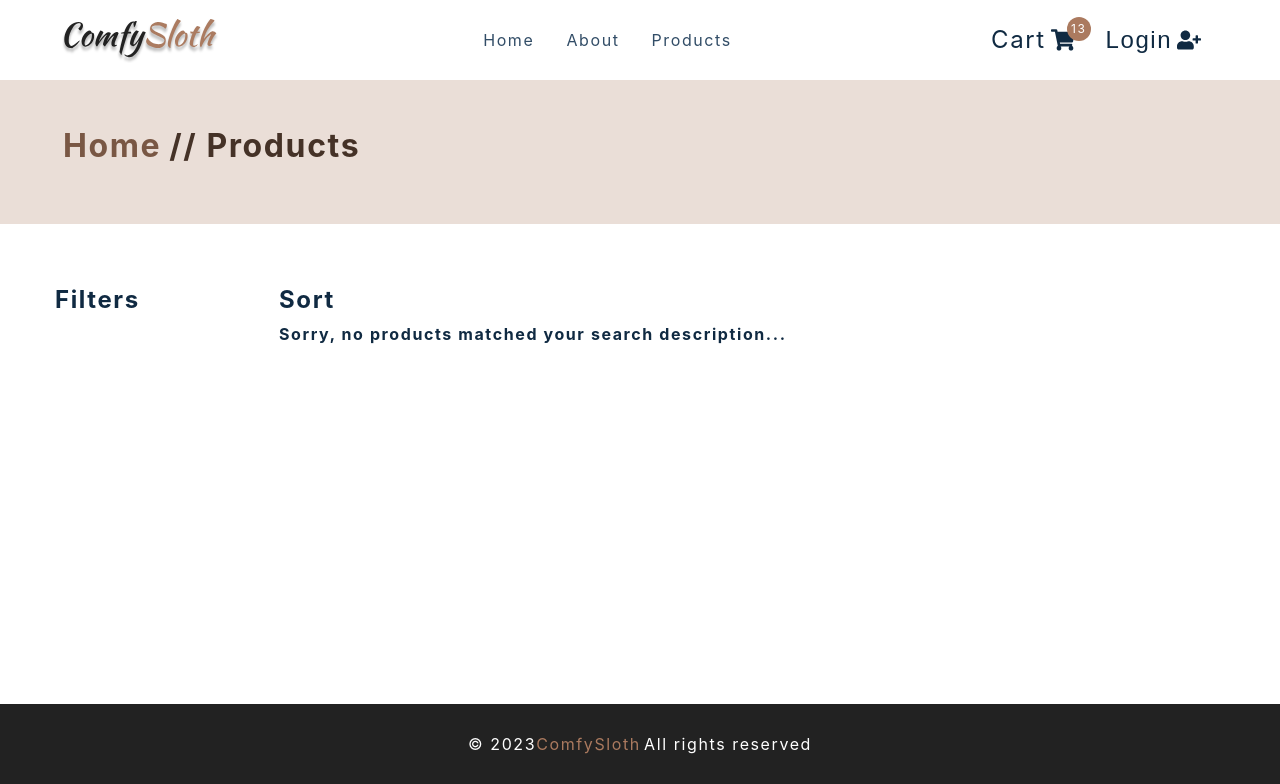
Repository: Maryie-B/React-Practice-Projects
Page: /products (app in Comfy Sloth - Furniture Website/)
An editor plug-in stored every save of this project. The page is shown before and after the next save, followed by the edit.
The browser window is 1280 px wide. The pictures show the whole page.
The page's requests for data from a server got no answer. The project was rebuilt for these pictures with package versions that can differ from the ones it lists, and the page was loaded fresh each time. No one was signed in, and anything a server would have sent is missing. Also part of the build but not shown: Comfy Sloth - Furniture Website/src/components/Error.js, Comfy Sloth - Furniture Website/src/components/Loading.js, Comfy Sloth - Furniture Website/src/components/FeaturedProducts.js, Comfy Sloth - Furniture Website/src/reducers/cart_reducer.js, Comfy Sloth - Furniture Website/src/context/cart_context.js, Comfy Sloth - Furniture Website/src/context/user_context.js, Comfy Sloth - Furniture Website/src/components/Hero.js, Comfy Sloth - Furniture Website/src/components/Services.js and 18 more. Imported but missing from the stored project, and not drawn on this page: Comfy Sloth - Furniture Website/src/components/GridView, Comfy Sloth - Furniture Website/src/components/Product.

Above is the page before, as saved 2023-06-21 12:03:33.

### Comfy Sloth - Furniture Website/src/index.js
import React from 'react';
import ReactDOM from 'react-dom/client';
import './index.css';
import App from './App';

import { ProductsProvider } from './context/products_context';
import { FilterProvider } from './context/filter_context';
import { CartProvider } from './context/cart_context';
import { UserProvider } from './context/user_context';
import { Auth0Provider } from '@auth0/auth0-react';

const root = ReactDOM.createRoot(document.getElementById('root'));

root.render(
    <ProductsProvider>
      <FilterProvider>
        <App />
      </FilterProvider>
    </ProductsProvider>
);

### Comfy Sloth - Furniture Website/src/App.js
import React from 'react'
import { BrowserRouter as Router, Switch, Route } from 'react-router-dom'
import { Navbar, Sidebar, Footer } from './components'
import { Home, SingleProduct, Cart, Checkout, Error, About, Products, Private } from './pages'

function App() {
  return (
  <Router>
    <Navbar />
    <Sidebar />
    <Switch>
      <Route exact path='/'>
        <Home />
      </Route>
      <Route exact path='/about'>
        <About />
      </Route>
      <Route exact path='/cart'>
        <Cart />
      </Route>
      <Route exact path='/products'>
        <Products />
      </Route>
      <Route exact path='/products/:id' children={<SingleProduct />} />
      <Route exact path='/checkout'>
        <Checkout />
      </Route>
      <Route path='*'>
        <Error />
      </Route>
    </Switch>
    <Footer />
  </Router>
  )
}

export default App

### Comfy Sloth - Furniture Website/src/context/products_context.js
import axios from 'axios'
import React, { useContext, useEffect, useReducer } from 'react'
import reducer from '../reducers/products_reducer'
import { products_url as url } from '../utils/constants'
import {
  SIDEBAR_OPEN,
  SIDEBAR_CLOSE,
  GET_PRODUCTS_BEGIN,
  GET_PRODUCTS_SUCCESS,
  GET_PRODUCTS_ERROR,
  GET_SINGLE_PRODUCT_BEGIN,
  GET_SINGLE_PRODUCT_SUCCESS,
  GET_SINGLE_PRODUCT_ERROR,
} from '../actions'

const initialState = {
  isSidebarOpen: true,
  products_loading: false,
  products_error: false,
  products: [],
  featured_products: [],
  single_product_loading: false,
  single_product_error: false,
  single_product: {}
}

const ProductsContext = React.createContext()

export const ProductsProvider = ({ children }) => {
  const [state, dispatch] = useReducer(reducer, initialState);

  const openSidebar = () => {
    dispatch({type: SIDEBAR_OPEN})
  };

  const closeSidebar = () => {
    dispatch({type: SIDEBAR_CLOSE})
  };

  const fetchProducts = async(url) => {
    dispatch({type: GET_PRODUCTS_BEGIN})
    try {
      const response = await axios.get(url);
      const products = response.data;
      dispatch({type: GET_PRODUCTS_SUCCESS, payload: products});
    } catch (error) {
      dispatch({type: GET_PRODUCTS_ERROR});
    }
  };

  const fetchSingleProduct = async (url) => {
    dispatch({type: GET_SINGLE_PRODUCT_BEGIN});
    try {
      const response = await axios.get(url);
      const singleProduct = response.data;
      dispatch({type: GET_SINGLE_PRODUCT_SUCCESS, payload: singleProduct});
    } catch (error) {
      dispatch({type: GET_SINGLE_PRODUCT_ERROR});
    }
  };

  useEffect(() => {
    fetchProducts(url);
  }, []);

  return (
    <ProductsContext.Provider value={{...state,  openSidebar, closeSidebar, fetchSingleProduct}}>
      {children}
    </ProductsContext.Provider>
  )
}
// make sure use
export const useProductsContext = () => {
  return useContext(ProductsContext)
}

### Comfy Sloth - Furniture Website/src/context/filter_context.js
import React, { useEffect, useContext, useReducer } from 'react'
import reducer from '../reducers/filter_reducer'
import {
  LOAD_PRODUCTS,
  SET_GRIDVIEW,
  SET_LISTVIEW,
  UPDATE_SORT,
  SORT_PRODUCTS,
  UPDATE_FILTERS,
  FILTER_PRODUCTS,
  CLEAR_FILTERS,
} from '../actions'
import { useProductsContext } from './products_context'

const initialState = {
  filtered_products: [],
  all_products: [],
  grid_view: false
};

const FilterContext = React.createContext()

export const FilterProvider = ({ children }) => {
  const {products} = useProductsContext();
  const [state, dispatch] = useReducer(reducer, initialState);

  useEffect(() => {
    dispatch({type: LOAD_PRODUCTS, payload: products});
  }, [products]);

  return (
    <FilterContext.Provider value={{...state}}>
      {children}
    </FilterContext.Provider>
  )
}
// make sure use
export const useFilterContext = () => {
  return useContext(FilterContext)
}

### Comfy Sloth - Furniture Website/src/components/index.js
import FeaturedProducts from './FeaturedProducts'
import Navbar from './Navbar'
import CartButtons from './CartButtons'
import Footer from './Footer'
import Sidebar from './Sidebar'
import Hero from './Hero'
import Services from './Services'
import Contact from './Contact'
import Loading from './Loading'
import Error from './Error'
import ProductImages from './ProductImages'
import AddToCart from './AddToCart'
import Filters from './Filters'
import ProductList from './ProductList'
import Sort from './Sort'
import Stars from './Stars'
import CartContent from './CarContent'
import PageHero from './PageHero'
import StripeCheckout from './StripeCheckout'
export {
  FeaturedProducts,
  Navbar,
  CartButtons,
  Footer,
  Sidebar,
  Hero,
  Services,
  Contact,
  Loading,
  Error,
  ProductImages,
  AddToCart,
  Filters,
  ProductList,
  Sort,
  Stars,
  CartContent,
  PageHero,
  StripeCheckout,
}

### Comfy Sloth - Furniture Website/src/pages/index.js
import Home from './HomePage';
import Products from './ProductsPage';
import SingleProduct from './SingleProductPage';
import About from './AboutPage';
import Cart from './CartPage';
import Error from './ErrorPage';
import Checkout from './CheckoutPage';
import Private from './PrivateRoute';

export { Home, Products, SingleProduct, About, Cart, Error, Checkout, Private }

### Comfy Sloth - Furniture Website/src/reducers/products_reducer.js
import {
  SIDEBAR_OPEN,
  SIDEBAR_CLOSE,
  GET_PRODUCTS_BEGIN,
  GET_PRODUCTS_SUCCESS,
  GET_PRODUCTS_ERROR,
  GET_SINGLE_PRODUCT_BEGIN,
  GET_SINGLE_PRODUCT_SUCCESS,
  GET_SINGLE_PRODUCT_ERROR,
} from '../actions'

const products_reducer = (state, action) => {
  if (action.type === SIDEBAR_OPEN) {
    console.log(action);
    return {...state, isSidebarOpen: true};
  }
  if (action.type === SIDEBAR_CLOSE) {
    return {...state, isSidebarOpen: false};
  }
  if (action.type === GET_PRODUCTS_BEGIN) {
    return {...state, products_loading: true};
  }
  if (action.type === GET_PRODUCTS_SUCCESS) {
    const featured_products = action.payload.filter((product) => product.featured === true);
    return {
      ...state, products_loading: false, products: action.payload, featured_products
    };
  }
  if (action.type === GET_PRODUCTS_ERROR) {
    return {
      ...state, products_loading: false, products_error: true
    }
  }
  if (action.type === GET_SINGLE_PRODUCT_BEGIN) {
    return {...state, single_product_loading: true, single_product_error: false}
  }
  if (action.type === GET_SINGLE_PRODUCT_SUCCESS) {
    return {...state, single_product_loading: false, single_product: action.payload}
  }
  if (action.type === GET_SINGLE_PRODUCT_ERROR) {
    return {...state, single_product_loading: false, single_product_error: true}
  }
  return state
  throw new Error(`No Matching "${action.type}" - action type`)
}

export default products_reducer

### Comfy Sloth - Furniture Website/src/utils/constants.js
import React from 'react'
import { GiCompass, GiDiamondHard, GiStabbedNote } from 'react-icons/gi'
export const links = [
  {
    id: 1,
    text: 'home',
    url: '/',
  },
  {
    id: 2,
    text: 'about',
    url: '/about',
  },
  {
    id: 3,
    text: 'products',
    url: '/products',
  },
]

export const services = [
  {
    id: 1,
    icon: <GiCompass />,
    title: 'mission',
    text:
      'Lorem ipsum, dolor sit amet consectetur adipisicing elit. Voluptates, ea. Perferendis corrupti reiciendis nesciunt rerum velit autem unde numquam nisi',
  },
  {
    id: 2,
    icon: <GiDiamondHard />,
    title: 'vision',
    text:
      'Lorem ipsum, dolor sit amet consectetur adipisicing elit. Voluptates, ea. Perferendis corrupti reiciendis nesciunt rerum velit autem unde numquam nisi',
  },
  {
    id: 3,
    icon: <GiStabbedNote />,
    title: 'history',
    text:
      'Lorem ipsum, dolor sit amet consectetur adipisicing elit. Voluptates, ea. Perferendis corrupti reiciendis nesciunt rerum velit autem unde numquam nisi',
  },
]

export const products_url = 'https://course-api.com/react-store-products'

export const single_product_url = `https://course-api.com/react-store-single-product?id=`

### Comfy Sloth - Furniture Website/src/actions.js
export const SIDEBAR_OPEN = 'SIDEBAR_OPEN'
export const SIDEBAR_CLOSE = 'SIDEBAR_CLOSE'
export const GET_PRODUCTS_BEGIN = 'GET_PRODUCTS_BEGIN'
export const GET_PRODUCTS_SUCCESS = 'GET_PRODUCTS_SUCCESS'
export const GET_PRODUCTS_ERROR = 'GET_PRODUCTS_ERROR'
export const GET_SINGLE_PRODUCT_BEGIN = 'GET_SINGLE_PRODUCT_BEGIN'
export const GET_SINGLE_PRODUCT_SUCCESS = 'GET_SINGLE_PRODUCT_SUCCESS'
export const GET_SINGLE_PRODUCT_ERROR = 'GET_SINGLE_PRODUCT_ERROR'
export const LOAD_PRODUCTS = 'LOAD_PRODUCTS'
export const SET_GRIDVIEW = 'SET_GRIDVIEW'
export const SET_LISTVIEW = 'SET_LISTVIEW'
export const UPDATE_SORT = 'UPDATE_SORT'
export const SORT_PRODUCTS = 'SORT_PRODUCTS'
export const UPDATE_FILTERS = 'UPDATE_FILTERS'
export const FILTER_PRODUCTS = 'FILTER_PRODUCTS'
export const CLEAR_FILTERS = 'CLEAR_FILTERS'
export const ADD_TO_CART = 'ADD_TO_CART'
export const REMOVE_CART_ITEM = 'REMOVE_CART_ITEM'
export const TOGGLE_CART_ITEM_AMOUNT = 'TOGGLE_CART_ITEM_AMOUNT'
export const CLEAR_CART = 'CLEAR_CART'
export const COUNT_CART_TOTALS = 'COUNT_CART_TOTALS'

### Comfy Sloth - Furniture Website/src/reducers/filter_reducer.js
import {
  LOAD_PRODUCTS,
  SET_LISTVIEW,
  SET_GRIDVIEW,
  UPDATE_SORT,
  SORT_PRODUCTS,
  UPDATE_FILTERS,
  FILTER_PRODUCTS,
  CLEAR_FILTERS,
} from '../actions'

const filter_reducer = (state, action) => {
  if (action.type === LOAD_PRODUCTS) {
    return {...state, all_products: [...action.payload], filtered_products: [...action.payload]};
  }
  return state
  throw new Error(`No Matching "${action.type}" - action type`)
}

export default filter_reducer

### Comfy Sloth - Furniture Website/src/components/Navbar.js
import React from 'react'
import styled from 'styled-components'
import logo from '../assets/logo.svg'
import { FaBars } from 'react-icons/fa'
import { Link } from 'react-router-dom'
import { links } from '../utils/constants'
import CartButtons from './CartButtons'
import { useProductsContext } from '../context/products_context'
import { useUserContext } from '../context/user_context'

const Nav = () => {
  const {openSidebar} = useProductsContext();

  return <NavContainer>
    <div className="nav-center">
      <div className="nav-header">
        <Link to='/' >
          <img src={logo} alt="logo" />
        </Link>
        <button type='button' className="nav-toggle"  onClick={openSidebar}>
          <FaBars />
        </button>
      </div>
      <ul className="nav-links">
        {links.map((link) => {
          const { id, text, url } = link;
          return (
            <li key={id}>
              <Link to={url}>{text}</Link>
            </li>
          )
        })}
      </ul>
      <CartButtons />
    </div>
  </NavContainer>
}

const NavContainer = styled.nav`
  height: 5rem;
  display: flex;
  align-items: center;
  justify-content: center;

  .nav-center {
    width: 90vw;
    margin: 0 auto;
    max-width: var(--max-width);
  }
  .nav-header {
    display: flex;
    align-items: center;
    justify-content: space-between;
    img {
      width: 175px;
      margin-left: -15px;
    }
  }
  .nav-toggle {
    background: transparent;
    border: transparent;
    color: var(--clr-primary-5);
    cursor: pointer;
    svg {
      font-size: 2rem;
    }
  }
  .nav-links {
    display: none;
  }
  .cart-btn-wrapper {
    display: none;
  }
  @media (min-width: 992px) {
    .nav-toggle {
      display: none;
    }
    .nav-center {
      display: grid;
      grid-template-columns: auto 1fr auto;
      align-items: center;
    }
    .nav-links {
      display: flex;
      justify-content: center;
      li {
        margin: 0 0.5rem;
      }
      a {
        color: var(--clr-grey-3);
        font-size: 1rem;
        text-transform: capitalize;
        letter-spacing: var(--spacing);
        padding: 0.5rem;
        &:hover {
          border-bottom: 2px solid var(--clr-primary-7);
        }
      }
    }
    .cart-btn-wrapper {
      display: grid;
    }
  }
`

export default Nav

### Comfy Sloth - Furniture Website/src/components/CartButtons.js
import React from 'react'
import { FaShoppingCart, FaUserMinus, FaUserPlus } from 'react-icons/fa'
import { Link } from 'react-router-dom'
import styled from 'styled-components'
import { useProductsContext } from '../context/products_context'
import { useCartContext } from '../context/cart_context'
import { useUserContext } from '../context/user_context'

const CartButtons = () => {
  const {closeSidebar} = useProductsContext();
  return <Wrapper className='cart-btn-wrapper'>
    <Link to='/cart' className='cart-btn' onClick={closeSidebar}>
      Cart
      <span className='cart-container'>
        <FaShoppingCart />
        <span className="cart-value">
          13
        </span>
      </span>
    </Link>
    <button type='button' className="auth-btn">
      Login <FaUserPlus />
    </button>
    </Wrapper>
}

const Wrapper = styled.div`
  display: grid;
  grid-template-columns: 1fr 1fr;
  align-items: center;
  width: 225px;

  .cart-btn {
    color: var(--clr-grey-1);
    font-size: 1.5rem;
    letter-spacing: var(--spacing);
    color: var(--clr-grey-1);
    display: flex;

    align-items: center;
  }
  .cart-container {
    display: flex;
    align-items: center;
    position: relative;
    svg {
      height: 1.6rem;
      margin-left: 5px;
    }
  }
  .cart-value {
    position: absolute;
    top: -10px;
    right: -16px;
    background: var(--clr-primary-5);
    width: 16px;
    height: 16px;
    display: flex;
    align-items: center;
    justify-content: center;
    border-radius: 50%;
    font-size: 0.75rem;
    color: var(--clr-white);
    padding: 12px;
  }
  .auth-btn {
    display: flex;
    align-items: center;
    background: transparent;
    border-color: transparent;
    font-size: 1.5rem;
    cursor: pointer;
    color: var(--clr-grey-1);
    letter-spacing: var(--spacing);
    svg {
      margin-left: 5px;
    }
  }
`
export default CartButtons

### Comfy Sloth - Furniture Website/src/components/Footer.js
import React from 'react'
import styled from 'styled-components'
const Footer = () => {
  return <Wrapper>
    <h5>&copy; {new Date().getFullYear()}
    <span>ComfySloth</span>
    </h5>
    <h5>All rights reserved</h5>
  </Wrapper>
}

const Wrapper = styled.footer`
  height: 5rem;
  display: flex;
  flex-direction: column;
  justify-content: center;
  align-items: center;
  background: var(--clr-black);
  text-align: center;
  span {
    color: var(--clr-primary-5);
  }
  h5 {
    color: var(--clr-white);
    margin: 0.1rem;

    font-weight: 400;
    text-transform: none;
    line-height: 1.25;
  }
  @media (min-width: 776px) {
    flex-direction: row;
  }
`

export default Footer

### Comfy Sloth - Furniture Website/src/components/Filters.js
import React from 'react'
import styled from 'styled-components'
import { useFilterContext } from '../context/filter_context'
import { getUniqueValues, formatPrice } from '../utils/helpers'
import { FaCheck } from 'react-icons/fa'

const Filters = () => {
  return <h4>filters</h4>
}

const Wrapper = styled.section`
  .form-control {
    margin-bottom: 1.25rem;
    h5 {
      margin-bottom: 0.5rem;
    }
  }
  .search-input {
    padding: 0.5rem;
    background: var(--clr-grey-10);
    border-radius: var(--radius);
    border-color: transparent;
    letter-spacing: var(--spacing);
  }
  .search-input::placeholder {
    text-transform: capitalize;
  }

  button {
    display: block;
    margin: 0.25em 0;
    padding: 0.25rem 0;
    text-transform: capitalize;
    background: transparent;
    border: none;
    border-bottom: 1px solid transparent;
    letter-spacing: var(--spacing);
    color: var(--clr-grey-5);
    cursor: pointer;
  }
  .active {
    border-color: var(--clr-grey-5);
  }
  .company {
    background: var(--clr-grey-10);
    border-radius: var(--radius);
    border-color: transparent;
    padding: 0.25rem;
  }
  .colors {
    display: flex;
    align-items: center;
  }
  .color-btn {
    display: inline-block;
    width: 1rem;
    height: 1rem;
    border-radius: 50%;
    background: #222;
    margin-right: 0.5rem;
    border: none;
    cursor: pointer;
    opacity: 0.5;
    display: flex;
    align-items: center;
    justify-content: center;
    svg {
      font-size: 0.5rem;
      color: var(--clr-white);
    }
  }
  .all-btn {
    display: flex;
    align-items: center;
    justify-content: center;
    margin-right: 0.5rem;
    opacity: 0.5;
  }
  .active {
    opacity: 1;
  }
  .all-btn .active {
    text-decoration: underline;
  }
  .price {
    margin-bottom: 0.25rem;
  }
  .shipping {
    display: grid;
    grid-template-columns: auto 1fr;
    align-items: center;
    text-transform: capitalize;
    column-gap: 0.5rem;
    font-size: 1rem;
    max-width: 200px;
  }
  .clear-btn {
    background: var(--clr-red-dark);
    color: var(--clr-white);
    padding: 0.25rem 0.5rem;
    border-radius: var(--radius);
  }
  @media (min-width: 768px) {
    .content {
      position: sticky;
      top: 1rem;
    }
  }
`

export default Filters

### Comfy Sloth - Furniture Website/src/components/ProductList.js
import React from 'react'
import { useFilterContext } from '../context/filter_context'
import GridView from './GridView'
import ListView from './ListView'

const ProductList = () => {
  const {filtered_products: products, grid_view} = useFilterContext();

  if (products.length < 1) {
    return (<h5 style={{textTransform: 'none'}}>
      Sorry, no products matched your search description...
    </h5>);
  }

  if (grid_view === false) {
    return <ListView products={products} />
  }

  return <GridView products={products}>product list</GridView>
}

export default ProductList

### Comfy Sloth - Furniture Website/src/components/Sort.js
import React from 'react'
import { useFilterContext } from '../context/filter_context'
import { BsFillGridFill, BsList } from 'react-icons/bs'
import styled from 'styled-components'
const Sort = () => {
  return <h4>sort </h4>
}

const Wrapper = styled.section`
  display: grid;
  grid-template-columns: auto auto 1fr auto;
  align-items: center;
  margin-bottom: 2rem;
  column-gap: 2rem;
  @media (max-width: 576px) {
    display: grid;
    grid-template-columns: 1fr;
    row-gap: 0.75rem;
    .btn-container {
      width: 50px;
    }
    label {
      display: inline-block;
      margin-right: 0.5rem;
    }
  }
  @media (min-width: 768px) {
    column-gap: 2rem;
  }
  p {
    text-transform: capitalize;
    margin-bottom: 0;
  }

  .btn-container {
    display: grid;
    grid-template-columns: 1fr 1fr;
    column-gap: 0.5rem;
    button {
      background: transparent;
      border: 1px solid var(--clr-black);
      color: var(--clr-black);
      width: 1.5rem;
      border-radius: var(--radius);
      height: 1.5rem;
      display: flex;
      align-items: center;
      justify-content: center;
      cursor: pointer;
      svg {
        font-size: 1rem;
      }
    }
    .active {
      background: var(--clr-black);
      color: var(--clr-white);
    }
  }

  .sort-input {
    border-color: transparent;
    font-size: 1rem;
    text-transform: capitalize;
    padding: 0.25rem 0.5rem;
  }
  label {
    font-size: 1rem;
    text-transform: capitalize;
  }
`

export default Sort

### Comfy Sloth - Furniture Website/src/components/PageHero.js
import React from 'react'
import styled from 'styled-components'
import { Link } from 'react-router-dom'
const PageHero = ({title ,product}) => {
  return <Wrapper>
    <div className="section-center">
      <h3>
        <Link to='/'>Home</Link>/
        {product && <Link to='/products'>Products</Link>}
        / {title}
      </h3>
    </div>
  </Wrapper>
}

const Wrapper = styled.section`
  background: var(--clr-primary-10);
  width: 100%;
  min-height: 20vh;
  display: flex;
  align-items: center;

  color: var(--clr-primary-1);
  a {
    color: var(--clr-primary-3);
    padding: 0.5rem;
    transition: var(--transition);
  }
  a:hover {
    color: var(--clr-primary-1);
  }
`

export default PageHero

### Comfy Sloth - Furniture Website/src/pages/ProductsPage.js
import React from 'react'
import styled from 'styled-components'
import { Filters, ProductList, Sort, PageHero } from '../components'

const ProductsPage = () => {
  return <main>
    <PageHero title='products' />
    <Wrapper className='page'>
      <div className="section-center products">
        <Filters />
        <div>
          <Sort />
          <ProductList />
        </div>
      </div>
    </Wrapper>
  </main>
}

const Wrapper = styled.div`
  .products {
    display: grid;
    gap: 3rem 1.5rem;
    margin: 4rem auto;
  }
  @media (min-width: 768px) {
    .products {
      grid-template-columns: 200px 1fr;
    }
  }
`

export default ProductsPage

### Comfy Sloth - Furniture Website/src/utils/helpers.js
export const formatPrice = (number) => {
    const newNumber = new Intl.NumberFormat('en-US', {
        style: 'currency',
        currency: 'USD'
    }).format(number / 100);

    return newNumber;
};

export const getUniqueValues = () => {}

Loaded but not shown: Comfy Sloth - Furniture Website/public/index.html (common file); Comfy Sloth - Furniture Website/src/index.css (common file); Comfy Sloth - Furniture Website/src/components/Sidebar.js (110 lines, source omitted)

After the next save:
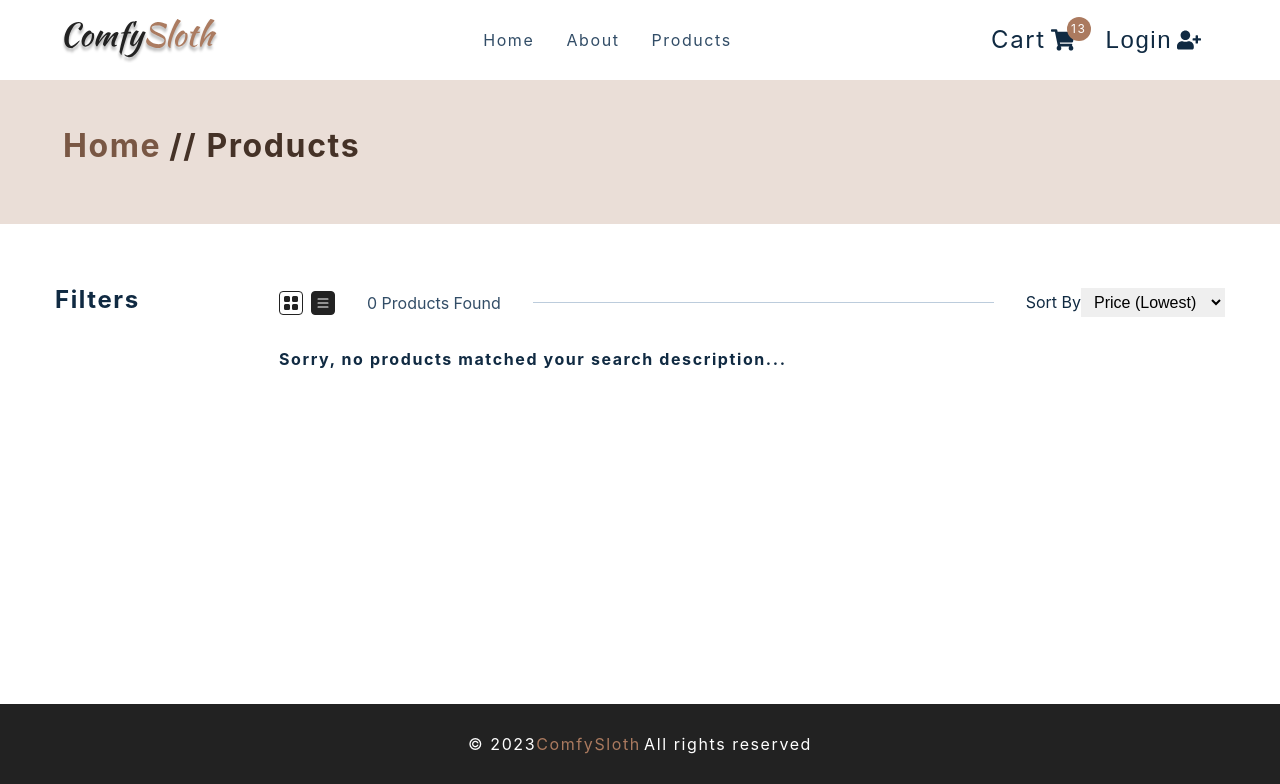
Saved 21 min 5 s later.
--- a/Comfy Sloth - Furniture Website/src/components/Sort.js
+++ b/Comfy Sloth - Furniture Website/src/components/Sort.js
@@ -3,7 +3,28 @@ import { useFilterContext } from '../context/filter_context'
 import { BsFillGridFill, BsList } from 'react-icons/bs'
 import styled from 'styled-components'
 const Sort = () => {
-  return <h4>sort </h4>
+  const {filtered_products: products, grid_view} = useFilterContext();
+  return <Wrapper>
+    <div className="btn-container">
+      <button type='button' className={`${grid_view ? 'active' : null}`}>
+        <BsFillGridFill />
+      </button>
+      <button type='button' className={`${!grid_view ? 'active' : null}`}>
+        <BsList />
+      </button>
+    </div>
+    <p>{products.length} products found</p>
+    <hr />
+    <form>
+      <label htmlFor="sort">sort by</label>
+      <select name="sort" id="sort" className="sort-input">
+        <option value="price-lowest">price (lowest)</option>
+        <option value="price-highest">price (highest)</option>
+        <option value="name-a">name (a-z)</option>
+        <option value="name-z">name (z-a)</option>
+      </select>
+    </form>
+  </Wrapper>
 }
 
 const Wrapper = styled.section`
